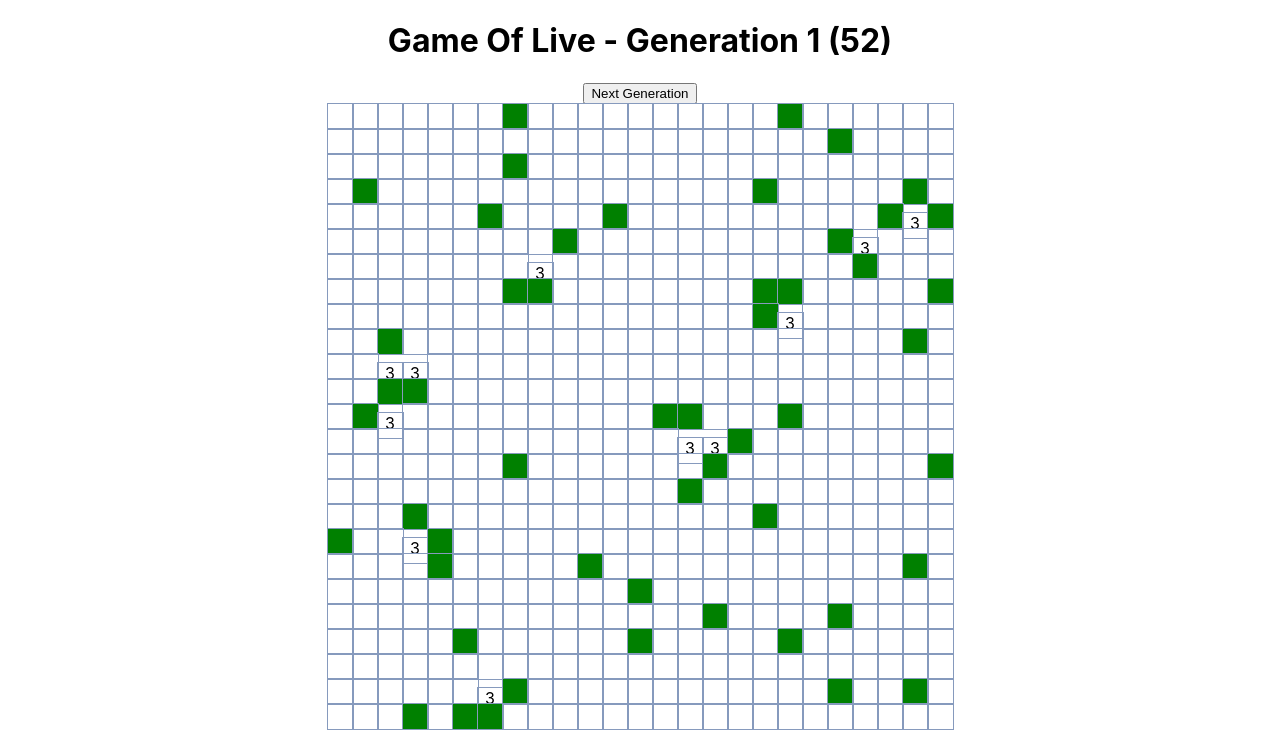
Repository: cfaguilera20/gol
Page: /
These files come from the project's save history. The page is drawn as it stood at one moment and after a run of saves; the edit follows.
The browser window is 1280 px wide. The pictures show the whole page.
The project was rebuilt for these pictures with package versions that can differ from the ones it lists, and the page was loaded fresh each time.

Above is the page before, as saved 2021-07-25 14:03:44.

### src/App.js
import './App.css';

import Board from './components/Board.jsx';

function App() {
    return (
        <div className="App">
            <Board />
        </div>
    );
}

export default App;

### src/components/Board.jsx
import React, { useState } from 'react';
import './Board.css';

const WORLD_SIZE = 25;
const WORLD_POPULATION = 90;

const Board = (props) => {
    const [world, setWorld] = useState(
        createWorld(WORLD_SIZE, WORLD_POPULATION)
    );
    const [generation, setGeneration] = useState(1);

    const onNextGeneration = () => {
        setGeneration(generation + 1);
        world.nextGeneration();
        setWorld(world);
    };

    return (
        <>
            <h1>
                Game Of Live - Generation {generation} (
                {world.currentPopulation})
            </h1>
            <button onClick={onNextGeneration}>Next Generation</button>
            <div className="world">
                {world.board.map((row, rowIdx) => (
                    <div key={rowIdx} className="row">
                        {row.map((isAlive, cellIdx) => {
                            const neighborsAlive =
                                world.getNeighborsAliveCounter(cellIdx, rowIdx);

                            const className = isAlive
                                ? 'cell cell-green'
                                : 'cell';

                            return (
                                <div key={cellIdx} className={className}>
                                    {neighborsAlive > 2 ? neighborsAlive : ' '}
                                </div>
                            );
                        })}
                    </div>
                ))}
            </div>
        </>
    );
};

class World {
    constructor(size, population) {
        this.size = size;
        this.population = population;
        this.currentPopulation = 0;
        this.board = [];
        this.createBoard();
    }

    createBoard() {
        for (let y = 0; y < this.size; y++) {
            this.board[y] = [];
            for (let x = 0; x < this.size; x++) {
                const isAlive =
                    Math.random() > this.population / 100 ? true : false;
                this.board[y][x] = isAlive;
                this.currentPopulation += isAlive ? 1 : 0;
            }
        }
    }

    getNeighborsAliveCounter(x, y) {
        const neighbors = [];
        const neighborsIdx = [
            [1, 0],
            [-1, 0],
            [0, 1],
            [0, -1],
            [1, 1],
            [1, -1],
            [-1, 1],
            [-1, -1],
        ];
        neighborsIdx.forEach(([dx, dy]) => {
            const [nx, ny] = [x + dx, y + dy];
            if (nx >= 0 && nx < this.size && ny >= 0 && ny < this.size) {
                if (this.board[ny][nx] === true) {
                    neighbors.push(true);
                }
            }
        });

        return neighbors.length;
    }

    nextGeneration() {
        const nextBoard = [];
        for (let y = 0; y < this.size; y++) {
            nextBoard[y] = [];
            for (let x = 0; x < this.size; x++) {
                const isAlive = this.board[y][x];
                const nextIsAlive = this.getNeighborsAliveCounter(x, y) > 2;
                nextBoard[y][x] = nextIsAlive;
                this.currentPopulation += nextIsAlive - isAlive;
            }
        }

        this.board = nextBoard;
        return this;
    }
}

const createWorld = (WORLD_SIZE, WORLD_POPULATION) => {
    const board = new World(WORLD_SIZE, WORLD_POPULATION);
    return board;
};

export default Board;

### src/components/Board.css
.row {
    height: 25px;
}

.cell {
    width: 25px;
    height: 25px;
    outline: 1px solid rgb(134, 154, 189);
    display: inline-block;
}

.cell-green {
    background-color: green;
}

.cell-red {
    background-color: red;
}

.cell-purple {
    background-color: purple;
}

Loaded but not shown: public/index.html (common file); src/index.js (common file); src/index.css (common file); src/reportWebVitals.js (common file); src/App.css (common file)

After the next 2 saves:
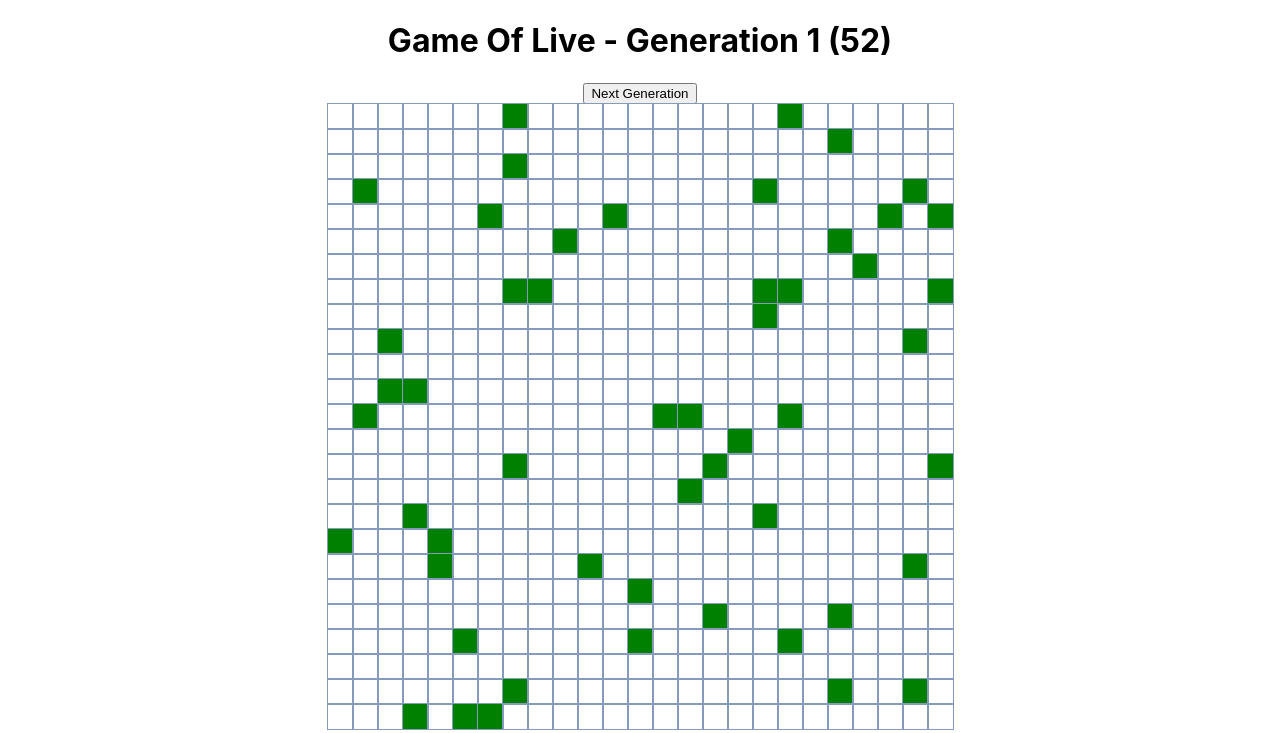
The 2 saves are shown as one change because they came seconds apart.
The last was saved 6 s later.
--- a/src/components/Board.jsx
+++ b/src/components/Board.jsx
@@ -35,9 +35,7 @@ const Board = (props) => {
                                 : 'cell';
 
                             return (
-                                <div key={cellIdx} className={className}>
-                                    {neighborsAlive > 2 ? neighborsAlive : ' '}
-                                </div>
+                                <div key={cellIdx} className={className}></div>
                             );
                         })}
                     </div>
